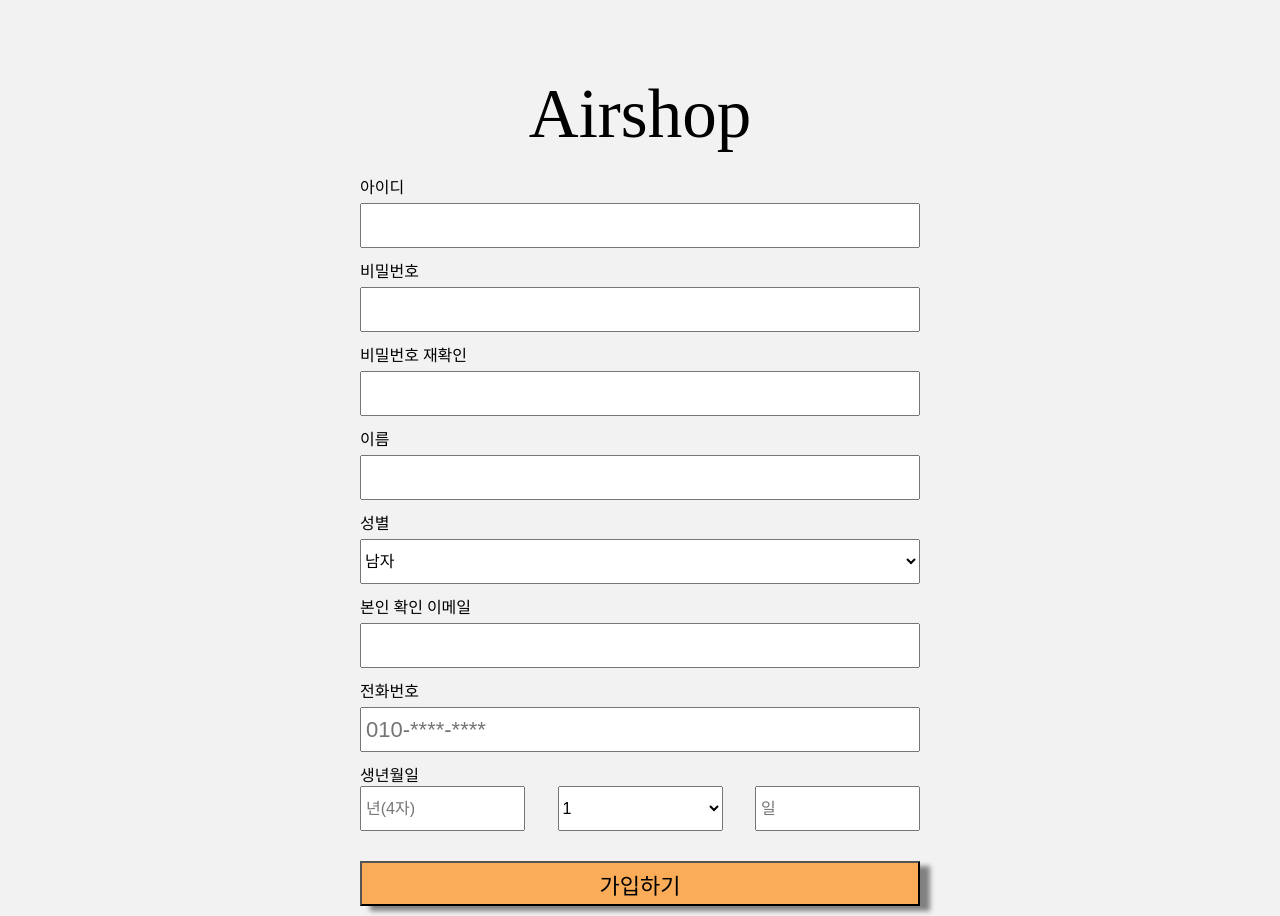
Repository: seungsu12/carrot
Page: http://localhost/carrot/signup.jsp
These files come from the project's save history. The page is drawn as it stood at one moment and after the next save; the edit follows.
The browser window is 1280 px wide. The pictures show the whole page.
The page is served by Tomcat 9.

Above is the page before, as saved 2021-07-16 10:05:22.

After the next save:
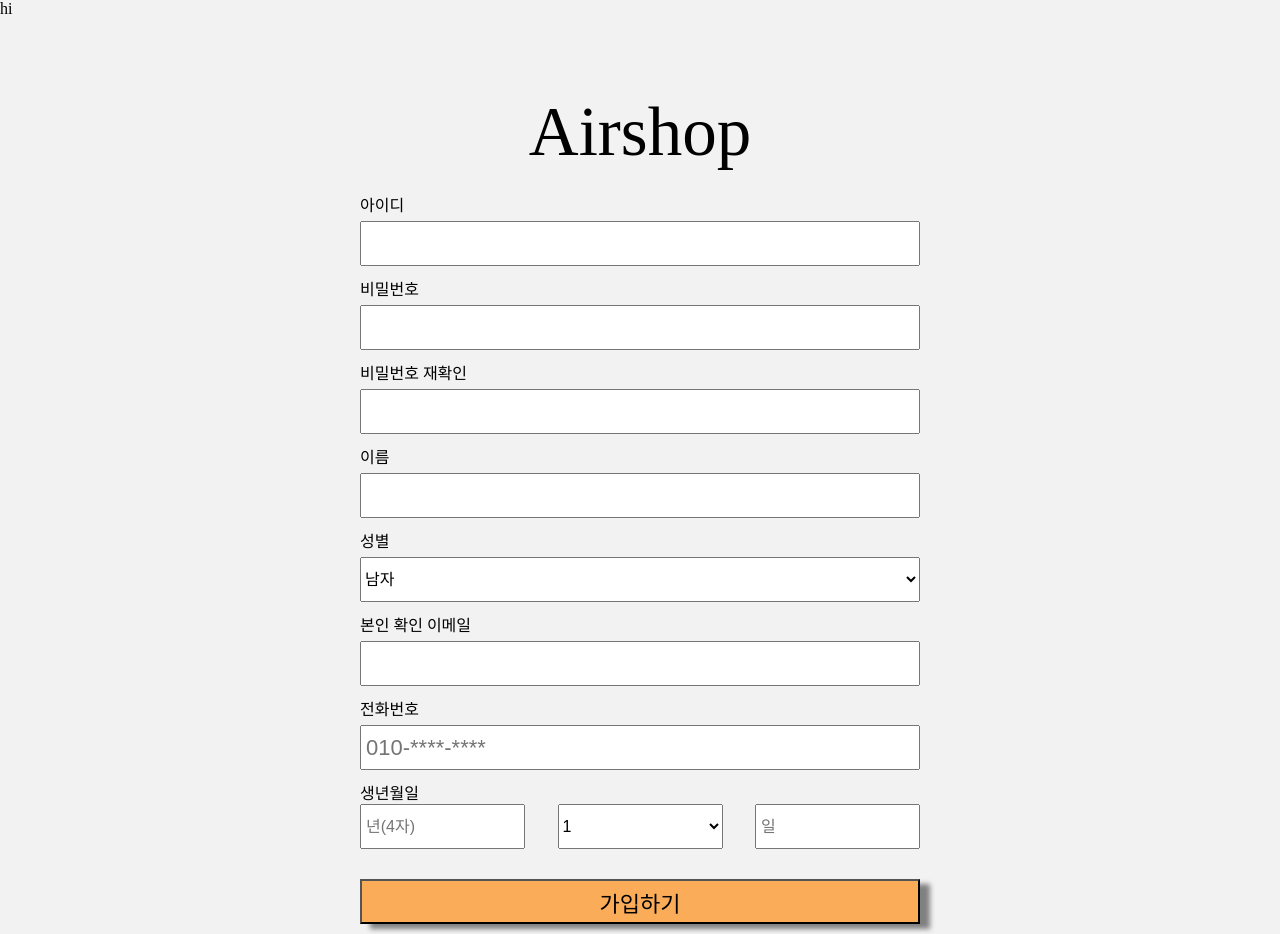
Console error: SyntaxError: Unexpected token '{'
Saved 66 min 19 s later.
--- a/carrot/WebContent/signup.jsp
+++ b/carrot/WebContent/signup.jsp
@@ -11,13 +11,13 @@
 <title>회원가입</title>
 
 
-<script>
 
-</script>
 </head>
 
 <body class="singup_body">
-
+	<div class="test">
+		hi
+	</div>
 	<div class="sign_wrapper">
 		<div class="sign_title">
 			<a href="${cpath }/main.jsp">Airshop</a>
@@ -34,7 +34,7 @@
 
 			<div class="sign_box">
 				<label for="sign_pwd">비밀번호</label>
-					<input type="password" name="pwd" id="sign_pwd" >
+					<input type="password" name="pwd" id="sign_pwd"  >
 			</div>
 
 			<div class="sign_box">
@@ -93,6 +93,16 @@
 
 		</form>
 	</div>
+<script>
+	const pwd2 = querySelector('test');
 
+	pwd2.addEventListener('focus'){
+		pwd2.innerHtml='hello';
+	}
+	pwd2.addEventListenr('blur'){
+		pwd2.innerHtml = "Bye";
+
+	}
+</script>
 </body>
 </html>

After the 5 saves that followed:
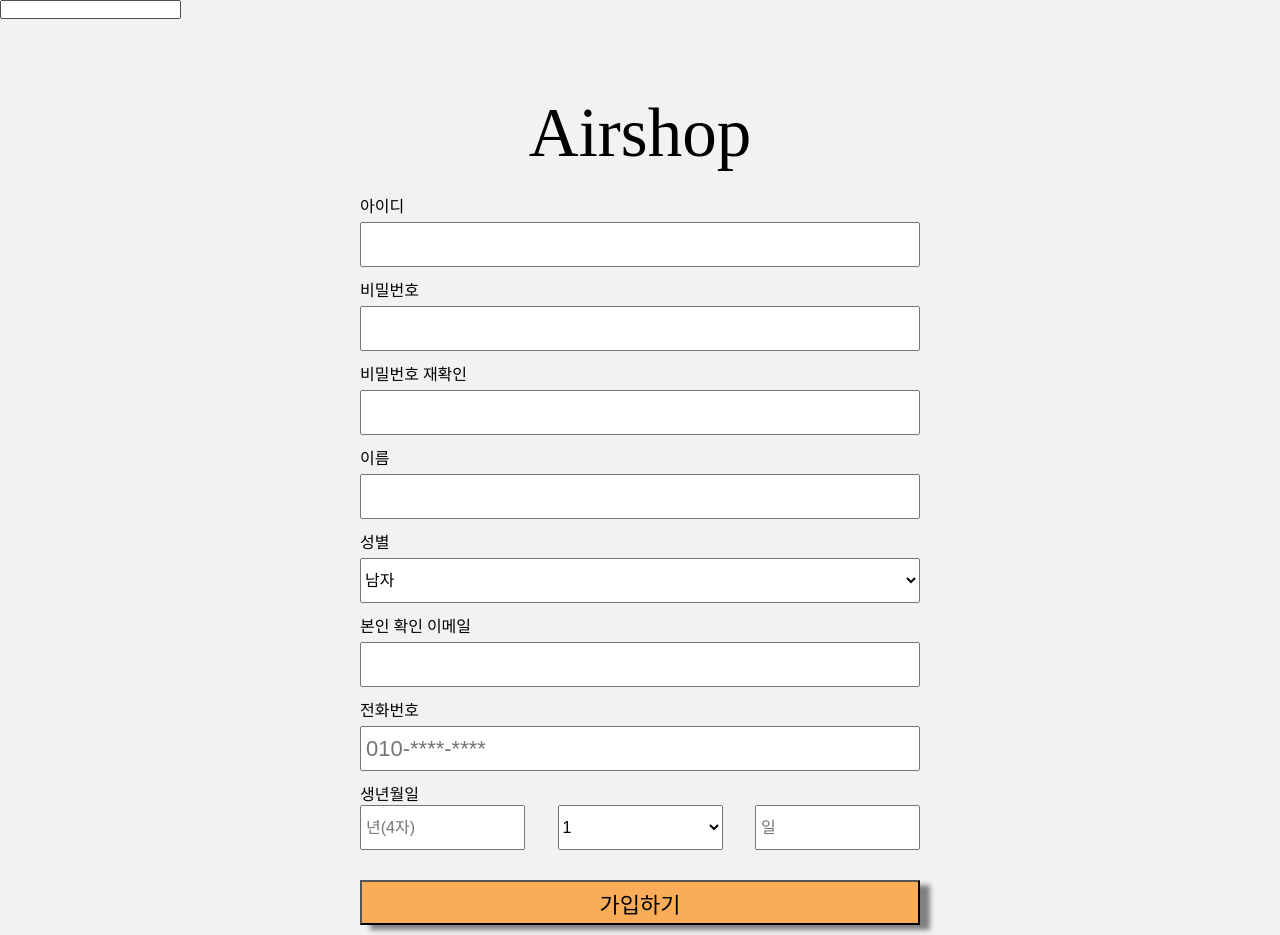
The error is gone.
The 5 saves are shown as one change because 4 left the picture as it was.
The last was saved 5 min 17 s later.
--- a/carrot/WebContent/signup.jsp
+++ b/carrot/WebContent/signup.jsp
@@ -15,8 +15,8 @@
 </head>
 
 <body class="singup_body">
-	<div class="test">
-		hi
+	<div  class="test">
+		<input type="text" id="test" />
 	</div>
 	<div class="sign_wrapper">
 		<div class="sign_title">
@@ -94,15 +94,16 @@
 		</form>
 	</div>
 <script>
-	const pwd2 = querySelector('test');
+	const pwd2 = document.getElementById('test');
 
-	pwd2.addEventListener('focus'){
-		pwd2.innerHtml='hello';
-	}
-	pwd2.addEventListenr('blur'){
+	pwd2.addEventListener('focus',() =>{
+		pwd2.innerHtml = 'hello';
+	});
+
+	pwd2.addEventListener('blur',() =>{
 		pwd2.innerHtml = "Bye";
 
-	}
+	});
 </script>
 </body>
 </html>
